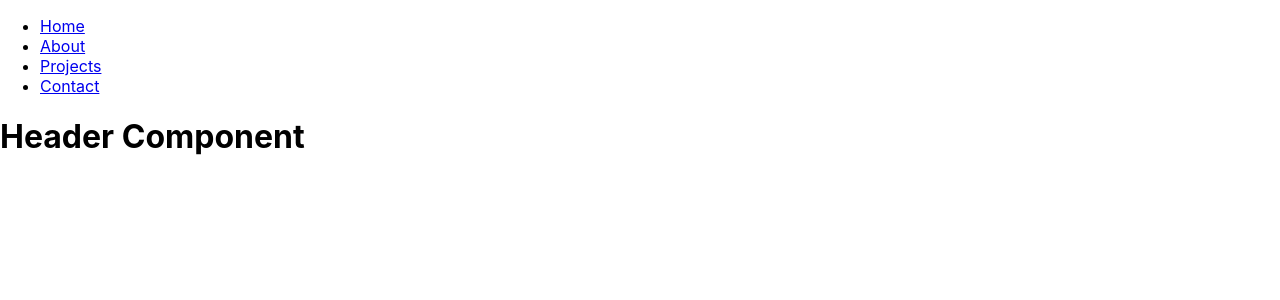
Repository: mjbraun95/my-website
Page: /
These files come from the project's save history. The page is drawn as it stood at one moment and after the next save; the edit follows.
The browser window is 1280 px wide. The pictures show the whole page.
The project was rebuilt for these pictures with package versions that can differ from the ones it lists, and the page was loaded fresh each time. Also part of the build but not shown: src/About.js, src/Projects.js, src/Contact.js, src/App.css.

Above is the page before, as saved 2023-12-07 12:09:05.

After the next save:
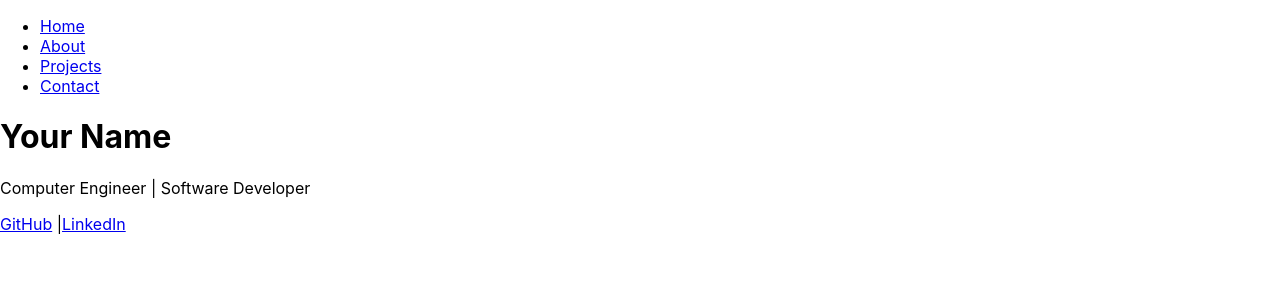
Saved 23 s later.
--- a/src/Header.js
+++ b/src/Header.js
@@ -1,19 +1,19 @@
 import React from 'react';
 import './Header.module.css'; // Your CSS module for Header
 
+// const Header = () => {
+//     return <h1>Header Component</h1>;
+// };
+
 const Header = () => {
-    return <h1>Header Component</h1>;
+    return (
+        <header>
+            <h1>Your Name</h1>
+            <p>Computer Engineer | Software Developer</p>
+            <a href="https://github.com/yourgithub" target="_blank">GitHub</a> |
+            <a href="https://www.linkedin.com/in/yourlinkedin/" target="_blank">LinkedIn</a>
+        </header>
+    );
 };
 
-// const Header = () => {
-//     return (
-//         <header>
-//             <h1>Your Name</h1>
-//             <p>Computer Engineer | Software Developer</p>
-//             <a href="https://github.com/yourgithub" target="_blank">GitHub</a> |
-//             <a href="https://www.linkedin.com/in/yourlinkedin/" target="_blank">LinkedIn</a>
-//         </header>
-//     );
-// };
-
 export default Header;
